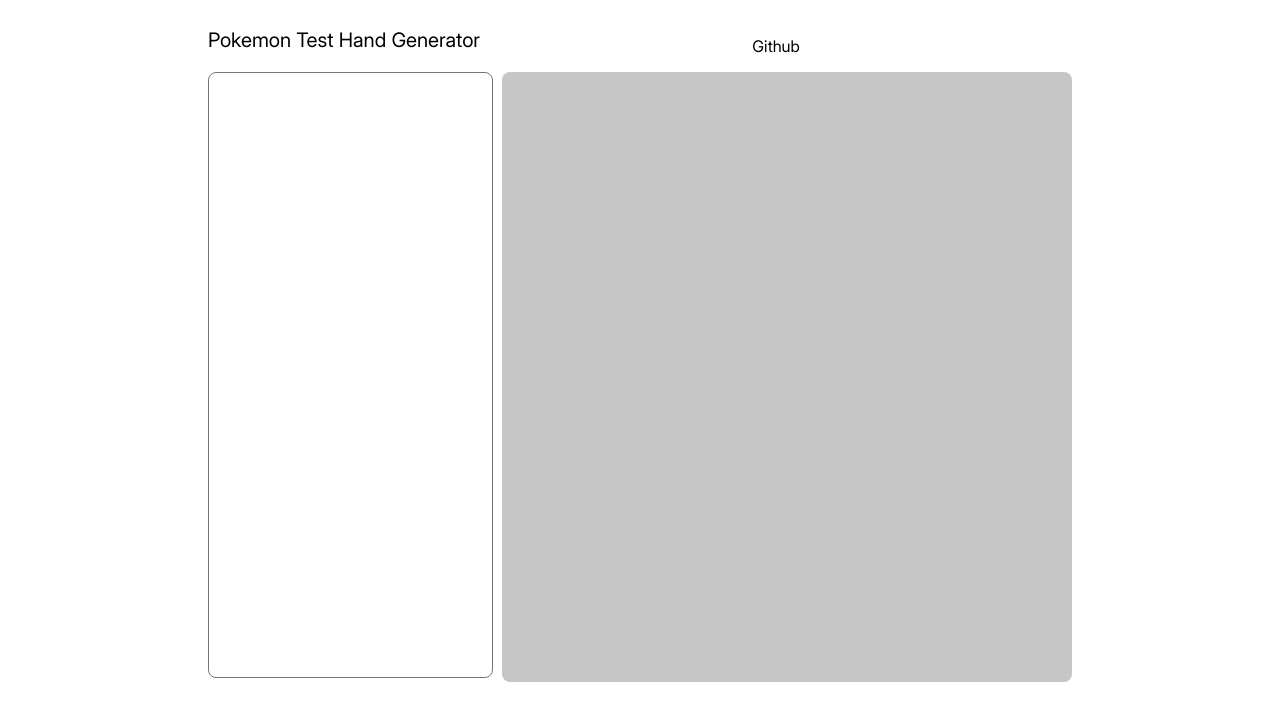
Repository: danielj1415/test-hand-simulator
Page: /
These files come from the project's save history. The page is drawn as it stood at one moment and after the next save; the edit follows.
The browser window is 1280 px wide. The pictures show the whole page.
The project was rebuilt for these pictures with package versions that can differ from the ones it lists, and the page was loaded fresh each time. Also part of the build but not shown: vite.config.ts, src/index.css.

Above is the page before, as saved 2024-10-30 18:08:25.

After the next save:
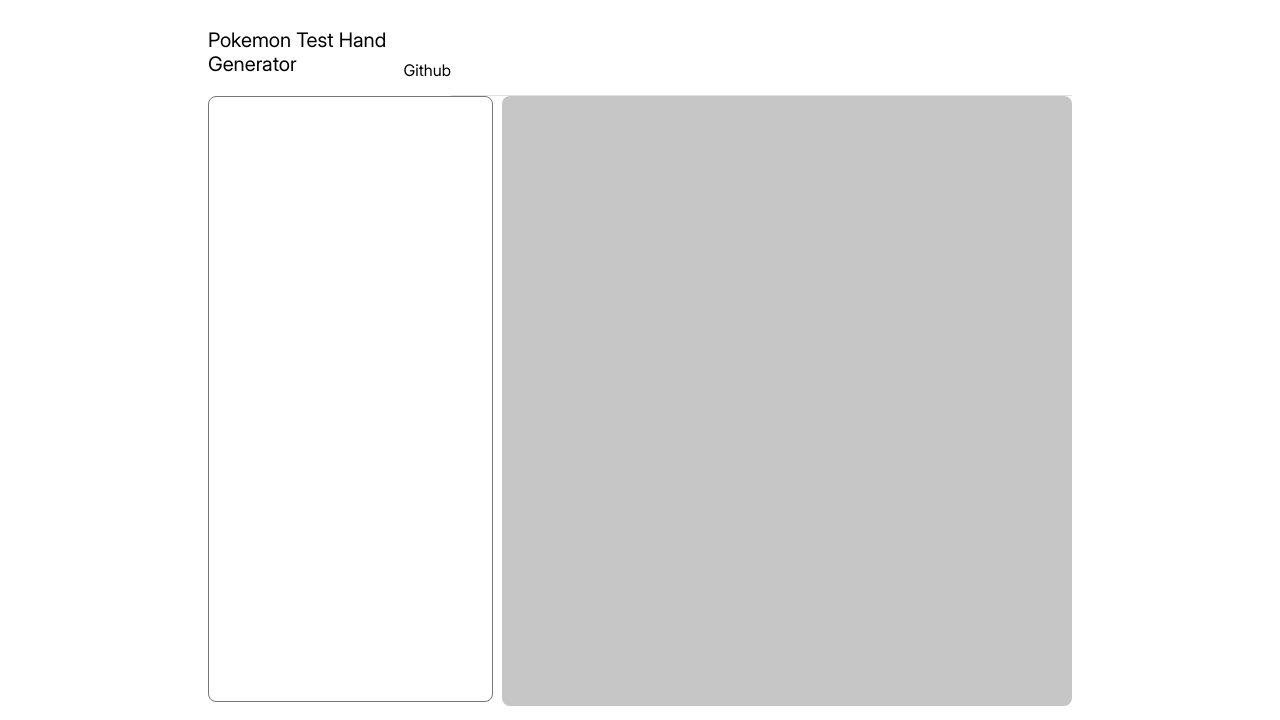
Saved 28 s later.
--- a/src/App.css
+++ b/src/App.css
@@ -21,6 +21,12 @@
 .headerTextBold{
   font-size: 20px;
   font-family: "Inter";
+}
+
+.divider{
+  width: 100%;
+  height: 1px;
+  background-color: rgb(224, 224, 224);
 }
 
 .mainBody{
